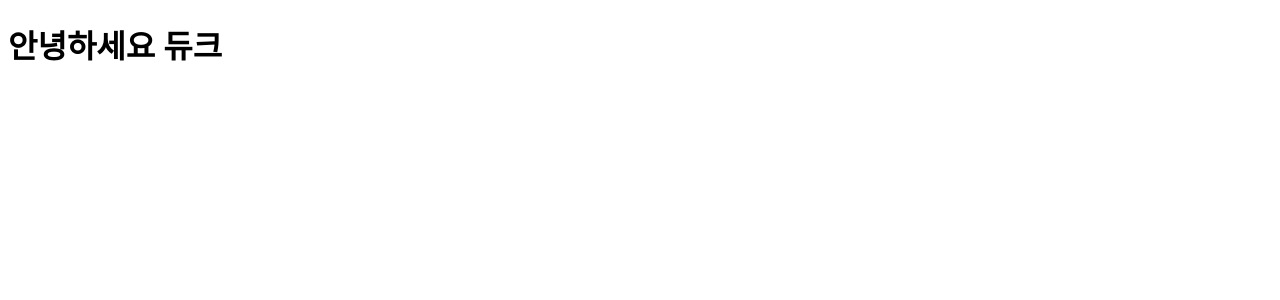
Repository: ineble/demo1
Page: http://localhost/test/hello2.jsp
The author's editor kept a copy of each file at every save. The page is drawn from the files as they stood at one save, then again after the next save.
The browser window is 1280 px wide. The pictures show the whole page.
The page is served by Tomcat 10. Other server files are loaded and not shown.

Above is the page before, as saved 2022-08-03 08:31:34.

### test/src/main/webapp/hello2.jsp
<%@page import="java.time.LocalDateTime"%>
<%@ page language="java" contentType="text/html; charset=utf-8"
    pageEncoding="utf-8"%>
<%! String name = "듀크";
	public String getName() {return name;}
%>
<!DOCTYPE html>
<html>
<head>
<meta charset="utf-8">
<title>Insert title here</title>
</head>
<body>
	<h1>안녕하세요 <%=name %></h1>
</body>
</html>

After the next save:
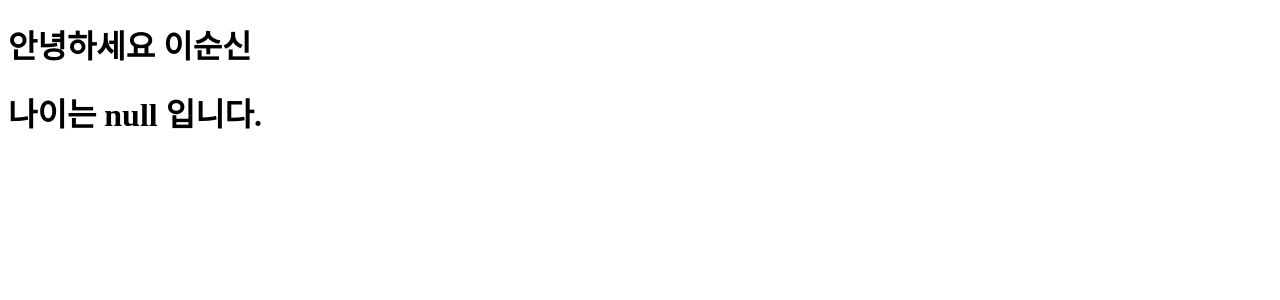
Saved 66 s later.
--- a/test/src/main/webapp/hello2.jsp
+++ b/test/src/main/webapp/hello2.jsp
@@ -1,9 +1,10 @@
 <%@page import="java.time.LocalDateTime"%>
 <%@ page language="java" contentType="text/html; charset=utf-8"
     pageEncoding="utf-8"%>
-<%! String name = "듀크";
+<%! String name = "이순신";
 	public String getName() {return name;}
 %>
+<% String age = request.getParameter("age"); %>
 <!DOCTYPE html>
 <html>
 <head>
@@ -12,5 +13,6 @@
 </head>
 <body>
 	<h1>안녕하세요 <%=name %></h1>
+	<h1>나이는 <%=age %> 입니다.</h1>
 </body>
 </html>
